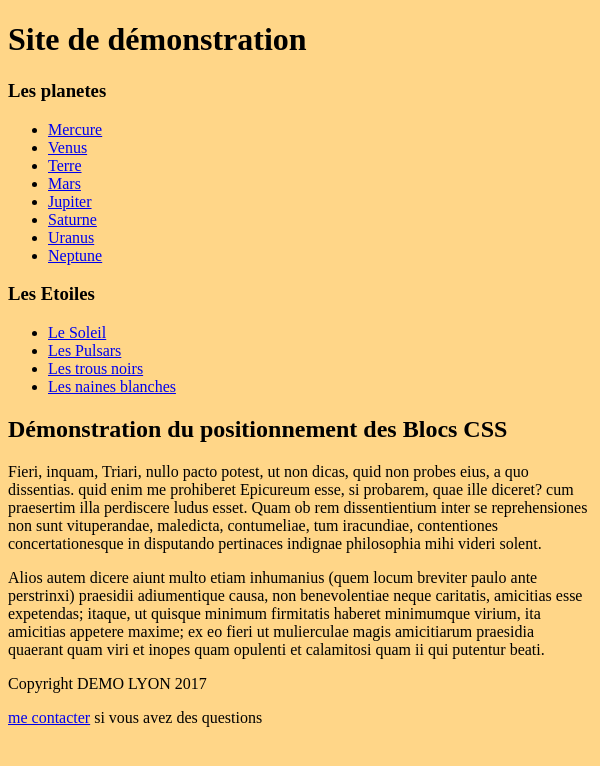
Repository: serviceshuios/-git-reference-java-lyon-worspace
Page: workspaceWeb/ModelePage1/WebContent/index.html
These files come from the project's save history. The page is drawn as it stood at one moment and after the next save; the edit follows.
The browser window is 600 px wide. The pictures show the whole page.

Above is the page before, as saved 2017-04-04 12:47:51.

After the next save:
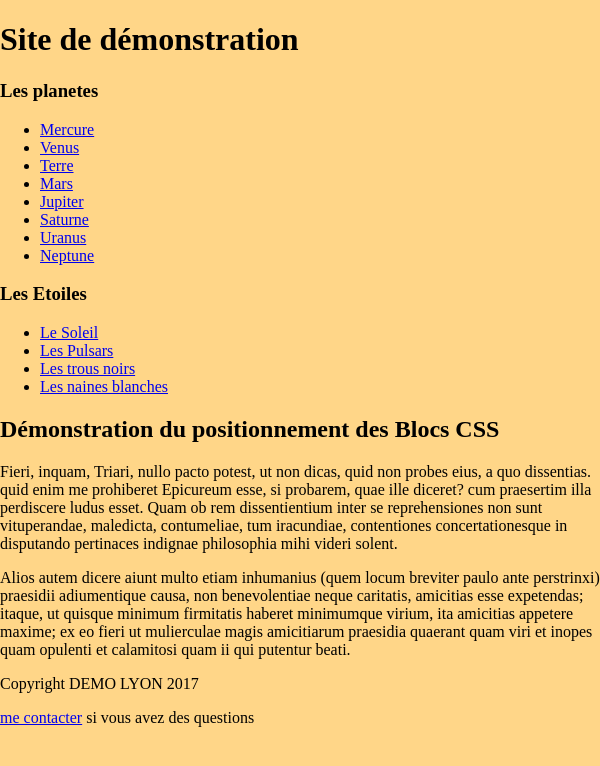
Saved 22 min 52 s later.
--- a/workspaceWeb/ModelePage1/WebContent/css/style.css
+++ b/workspaceWeb/ModelePage1/WebContent/css/style.css
@@ -3,6 +3,8 @@
 @media screen and (max-width:680px) {
 	body {
 		background-color: #ffd688;
+		width:100%;
+		margin: 0 auto;
 	}
 }
 
